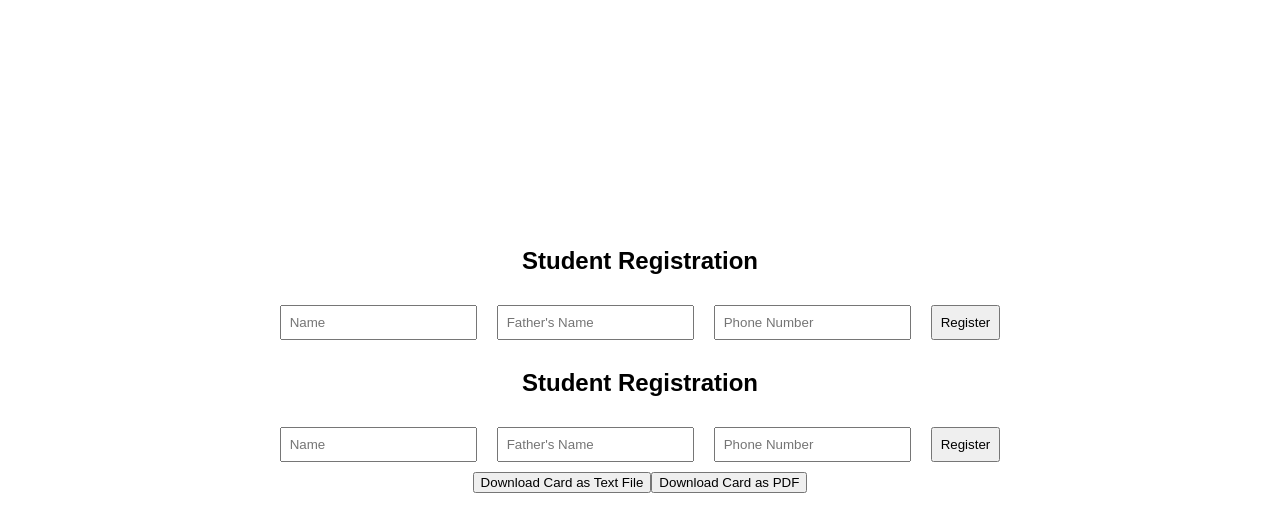
Repository: pripriya09/StudentID-Card-Download
Page: / (app in frontend/)
An editor plug-in stored every save of this project. The page is shown before and after the next save, followed by the edit.
The browser window is 1280 px wide. The pictures show the whole page.
The project was rebuilt for these pictures with package versions that can differ from the ones it lists, and the page was loaded fresh each time. Also part of the build but not shown: frontend/vite.config.js.

Above is the page before, as saved 2025-01-07 11:05:34.

### frontend/src/main.jsx
import React from 'react'
import ReactDOM from 'react-dom/client'
// import App from './App'
// import './index.css'
import Form from './Form.jsx'
import IDCardForm from './copy form/IDCardForm.jsx'

ReactDOM.createRoot(document.getElementById('root')).render(
  <React.StrictMode>
    {/* <App /> */}
    <Form/>
    <IDCardForm/>
  </React.StrictMode>,
)

### frontend/src/Form.jsx
import React, { useState } from "react";
import axios from "axios";
import "./App.css"
import jsPDF from "jspdf";
const Form = () => {
  const [formData, setFormData] = useState({
    name: "",
    fatherName: "",
    phoneNumber: "",
  });
  const [registrationNumber, setRegistrationNumber] = useState("");
  const [studentData, setStudentData] = useState(null);


  const handleSubmit = async (e) => {
    e.preventDefault();

    try {

      const response = await axios.post("http://localhost:6009/api/students", formData);
      const result = response.data;


      setStudentData({
        ...formData,
        registrationNumber: result.registrationNumber,
      });


      setFormData({
        name: "",
        fatherName: "",
        phoneNumber: "",
      });
    } catch (error) {
      console.error("Error sending data:", error);
    }
  };

  const handleChange = (e) => {
    setFormData({ ...formData, [e.target.name]: e.target.value });
  };


//   const handleSearch = async (e) => {
//     e.preventDefault();

//     try {
//       const response = await axios.get(`http://localhost:6009/api/students/${registrationNumber}`);
//       const result = response.data;


//       if (result) {
//         setStudentData(result);
//       } else {
//         alert("Student not found!");
//       }

//       setRegistrationNumber("");
//     } catch (error) {
//       console.error("Error fetching data:", error);
//     }
//   };

//  const handleDownload = () => {
//     if (studentData) {
//       const fileData = JSON.stringify(studentData, null, 2);
//       const blob = new Blob([fileData], { type: "application/json" });
//       const link = document.createElement("a");
//       link.href = URL.createObjectURL(blob);
//       link.download = `${studentData.registrationNumber}_ID_Card.json`; // Filename based on registration number
//       link.click();

//       setFormData({
//         name: "",
//         fatherName: "",
//         phoneNumber: "",
//       });
//       setStudentData(null);
//     }
//   };

  const handleDownloadtext = () => {
    if (studentData) {

      const fileData = `
        Name: ${studentData.name}
        Father's Name: ${studentData.fatherName}
        Phone Number: ${studentData.phoneNumber}
        Registration Number: ${studentData.registrationNumber}`;
      const blob = new Blob([fileData], { type: "text/plain" });

      const link = document.createElement("a");
      link.href = URL.createObjectURL(blob);
      link.download = `${studentData.registrationNumber}_ID_Card.txt`;
      link.click();

      setFormData({
        name: "",
        fatherName: "",
        phoneNumber: "",
      });
      setStudentData(null);
    }
  };


  function handleDownloadPDF() {
    if (studentData) {
      let PDFdocument = new jsPDF();
      const studentInfo = `
        Student ID Card
        Name: ${studentData.name}
        Father's Name: ${studentData.fatherName}
        Phone: ${studentData.phoneNumber}
        Registration Number: ${studentData.registrationNumber}
      `;

      PDFdocument.text(studentInfo, 10, 10);
      PDFdocument.save(`${studentData.registrationNumber}_ID_Card.pdf`);
      PDFdocument = null;
    }
  }

  return (
    <div className="App">
      <h2>Student Registration</h2>


      <form onSubmit={handleSubmit}>
        <input
          type="text"
          name="name"
          placeholder="Name"
          value={formData.name}
          onChange={handleChange}
          required
        />
        <input
          type="text"
          name="fatherName"
          placeholder="Father's Name"
          value={formData.fatherName}
          onChange={handleChange}
          required
        />
        <input
          type="tel"
          name="phoneNumber"
          placeholder="Phone Number"
          value={formData.phoneNumber}
          onChange={handleChange}
          required
        />
        <button type="submit">Register</button>
      </form>


      {/* <h2>Search by Registration Number</h2>
      <form onSubmit={handleSearch}>
        <input
          type="text"
          placeholder="Enter Registration Number"
          value={registrationNumber}
          onChange={(e) => setRegistrationNumber(e.target.value)}
          required
        />
        <button type="submit">Search</button>
      </form> */}
{/* --------------------------------------------------display data -->> */}
      {studentData && (
        <div className="id-card">
          <h3>ID Card</h3>
          <p>Name: {studentData.name}</p>
          <p>Father's Name: {studentData.fatherName}</p>
          <p>Phone Number: {studentData.phoneNumber}</p>
          <p>Registration Number: {studentData.registrationNumber}</p>
          {/* <button onClick={handleDownload}>Download ID Card</button> */}
           <button onClick={handleDownloadtext}>Download Card In txtfile</button>
           <button onClick={handleDownloadPDF}>Download Card In PDF</button>
        </div>
      )}
    </div>
  );
};

export default Form;

### frontend/src/copy form/IDCardForm.jsx
import React, { useState } from "react";
import axios from "axios";
import "./style.css";
import jsPDF from "jspdf";

const IDCardForm = () => {
  const [formData, setFormData] = useState({
    name: "",
    fatherName: "",
    phoneNumber: "",
  });
  const [studentData, setStudentData] = useState(null);

  const handleSubmit = async (e) => {
    e.preventDefault();

    try {
      const response = await axios.post(
        "http://localhost:6009/api/students",
        formData
      );
      const result = response.data;

      setStudentData({
        ...formData,
        registrationNumber: result.registrationNumber,
      });

      setFormData({
        name: "",
        fatherName: "",
        phoneNumber: "",
      });
    } catch (error) {
      console.error("Error sending data:", error);
    }
  };

  const handleChange = (e) => {
    setFormData({ ...formData, [e.target.name]: e.target.value });
  };

  const handleDownloadText = () => {
    if (studentData) {
      const fileData = `
        Name: ${studentData.name}
        Father's Name: ${studentData.fatherName}
        Phone Number: ${studentData.phoneNumber}
        Registration Number: ${studentData.registrationNumber}`;
      const blob = new Blob([fileData], { type: "text/plain" });

      const link = document.createElement("a");
      link.href = URL.createObjectURL(blob);
      link.download = `${studentData.registrationNumber}_ID_Card.txt`;
      link.click();
    }
  };

  const handleDownloadPDF = () => {
    if (studentData) {
      const pdf = new jsPDF();
      const studentInfo = `
        Student ID Card
        Name: ${studentData.name}
        Father's Name: ${studentData.fatherName}
        Phone: ${studentData.phoneNumber}
        Registration Number: ${studentData.registrationNumber}`;

      pdf.text(studentInfo, 10, 10);
      pdf.save(`${studentData.registrationNumber}_ID_Card.pdf`);
    }
  };

  return (
    <div className="App">
      <h2>Student Registration</h2>

      <form onSubmit={handleSubmit}>
        <input
          type="text"
          name="name"
          placeholder="Name"
          value={formData.name}
          onChange={handleChange}
          required
        />
        <input
          type="text"
          name="fatherName"
          placeholder="Father's Name"
          value={formData.fatherName}
          onChange={handleChange}
          required
        />
        <input
          type="tel"
          name="phoneNumber"
          placeholder="Phone Number"
          value={formData.phoneNumber}
          onChange={handleChange}
          required
        />
        <button type="submit">Register</button>
      </form>

      {studentData && (
        <div className="student_id">
          <div className="top_section">
            <div className="profile_photo">
              <img
                src="https://upload.wikimedia.org/wikipedia/commons/thumb/a/af/Arnold_Schwarzenegger_by_Gage_Skidmore_4.jpg/220px-Arnold_Schwarzenegger_by_Gage_Skidmore_4.jpg"
                alt="Profile Photo"
              />
            </div>
            <div className="student_name">
              <ul className="student_info">
                <li className="name">Name: {studentData.name}</li>
                <li className="name">
                  Father's Name: {studentData.fatherName}
                </li>
              </ul>
            </div>
          </div>

          <div className="bottom_section">
            <div className="student_details">
              <ul>
                <li>
                  <span className="bold">ID:</span>{" "}
                  {studentData.registrationNumber}
                </li>
              </ul>
            </div>
          </div>
        </div>
      )}
      <div className="buttons">
        <button onClick={handleDownloadText}>Download Card as Text File</button>
        <button onClick={handleDownloadPDF}>Download Card as PDF</button>
      </div>
    </div>
  );
};

export default IDCardForm;

### frontend/src/App.css
.App {
  text-align: center;
  font-family: Arial, sans-serif;
}

form input, form button {
  margin: 10px;
  padding: 8px;
}

.id-card {
  border: 1px solid #ccc;
  padding: 15px;
  width: 300px;
  margin: 20px auto;
}

### frontend/src/copy form/style.css
.App {
    text-align: center;
    font-family: Arial, sans-serif;
  }

  form input, form button {
    margin: 10px;
    padding: 8px;
  }
  /*
  .id-card {
    border: 1px solid #ccc;
    padding: 15px;
    width: 300px;
    margin: 20px auto;
  } */


  body {
    font-family: Verdana, sans-serif;
    display: flex;
    justify-content: center;
    align-items: center;
    height: 100vh;
    margin: 0;
  }


  .student_id {
    width: 520px;
    background-color: #fff;
    border-radius: 25px;
    overflow: hidden;
    margin: 20px auto;
    box-shadow: 1px 0px 0px #a9a39e, 0px 1px 0px #a9a39e,
                2px 1px 0px #a9a39e, 1px 2px 0px #a9a39e,
                3px 2px 0px #958b83, 2px 3px 0px #958b83,
                4px 3px 0px #93867c, 3px 4px 0px #93867c,
                5px 4px 0px #93867c, 4px 5px 0px #93867c;
  }


  .top_section {
    display: flex;
    padding: 30px;
    background: linear-gradient(to right, #e84610, #ffffff);
    color: white;
  }

  .profile_photo {
    flex-shrink: 0;
  }

  .profile_photo img {
    width: 125px;
    height: 125px;
    border-radius: 50%;
    border: 2px solid #fff;
    object-fit: cover;
  }

  .student_name {
    margin-left: 20px;
    display: flex;
    flex-direction: column;
    justify-content: center;
  }

  .student_info {
    list-style: none;
    padding: 0;
    margin: 0;
  }

  .student_info .name {
    font-size: 1.5em;
    font-weight: bold;
  }
  .student_info .age {
    font-size: 1.1em;
    margin-top: 5px;
  }
  .bottom_section {
    padding: 30px;
  }

  .student_details {
    margin-top: 10px;
  }

  .student_details ul {
    list-style: none;
    padding: 0;
    margin: 0;
  }

  .student_details li {
    margin-bottom: 10px;
    font-size: 1.1em;
    color: #555;
  }

  span {
    font-weight: bold;
  }

Loaded but not shown: frontend/index.html (common file)

After the next save:
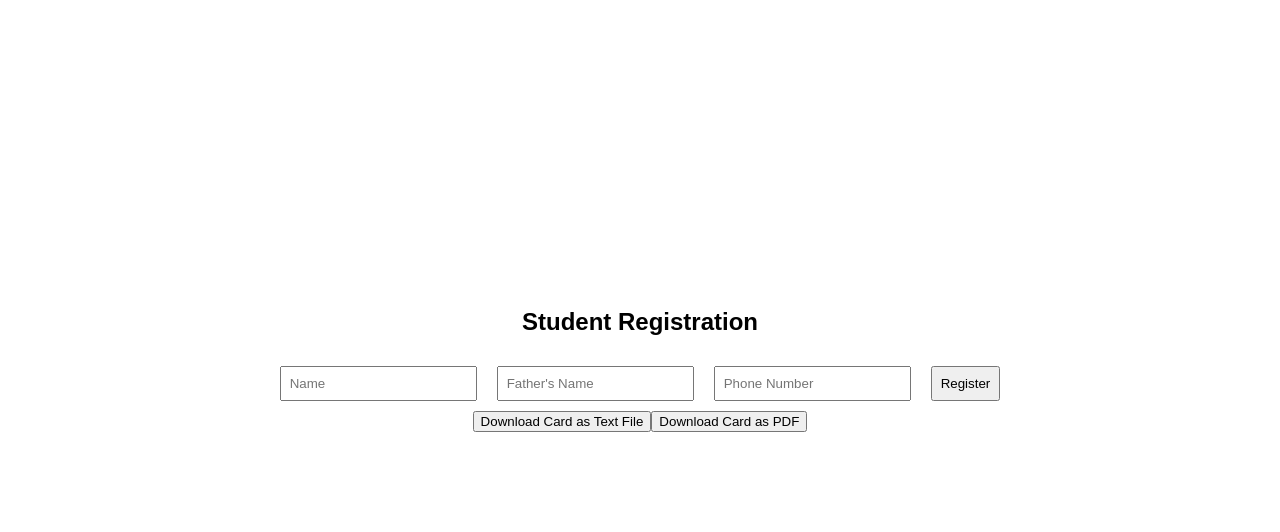
Saved 6 s later.
--- a/frontend/src/main.jsx
+++ b/frontend/src/main.jsx
@@ -8,7 +8,7 @@ import IDCardForm from './copy form/IDCardForm.jsx'
 ReactDOM.createRoot(document.getElementById('root')).render(
   <React.StrictMode>
     {/* <App /> */}
-    <Form/>
+    {/* <Form/> */}
     <IDCardForm/>
   </React.StrictMode>,
 )
